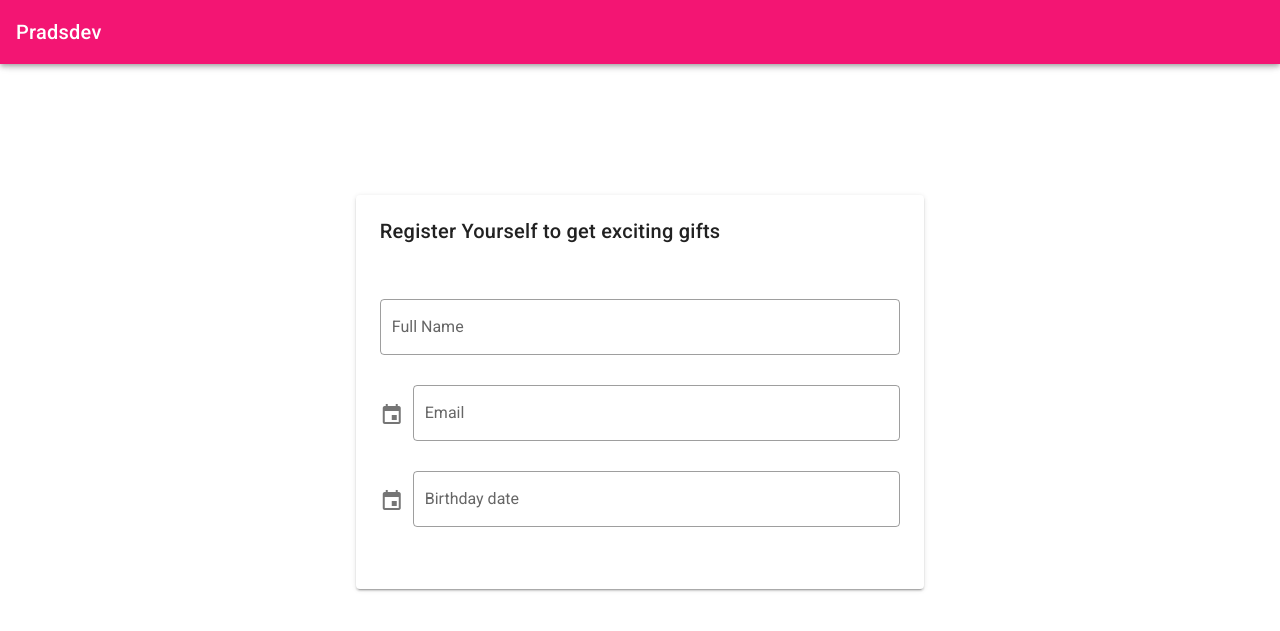
Repository: pradsdev/vue-form-validate
Page: /
The author's editor kept a copy of each file at every save. The page is drawn from the files as they stood at one save, then again after the next save.
The browser window is 1280 px wide. The pictures show the whole page.
The project was rebuilt for these pictures with package versions that can differ from the ones it lists, and the page was loaded fresh each time. Also part of the build but not shown: vue.config.js.

Above is the page before, as saved 2020-12-21 23:15:57.

### src/App.vue
<template>
  <v-app>
    <v-app-bar
      app
      color="primary"
      dark
    >
      <div class="d-flex align-center">
        <div class="title">
          Pradsdev
        </div>
      </div>
    </v-app-bar>

    <v-main>
      <HelloWorld/>
    </v-main>
  </v-app>
</template>

<script>
import HelloWorld from './components/HelloWorld'

export default {
  name: 'App',

  components: {
    HelloWorld
  },

  data: () => ({
    //
  })
}
</script>

### src/plugins/vuetify.js
import Vue from 'vue'
import Vuetify from 'vuetify/lib/framework'

Vue.use(Vuetify)

export default new Vuetify({
  theme: {
    options: {
      customProperties: true
    },
    themes: {
      light: {
        primary: '#f31573',
        secondary: '#424242',
        accent: '#82B1FF',
        error: '#FF5252',
        info: '#2196F3',
        success: '#4CAF50',
        warning: '#FFC107'
      }
    }
  }
})

### src/components/HelloWorld.vue
<template>
  <v-container fill-height>
    <v-row class="text-center justify-center">
      <v-col cols="6">
        <v-card>
          <v-card-title class="py-5 mx-2">
            Register Yourself to get exciting gifts
          </v-card-title>
          <v-form class="mx-6 py-8">
            <v-text-field outlined label="Full Name"/>
            <v-text-field outlined label="Email" prepend-icon="mdi-calendar"/>
            <v-menu
              ref="menu"
              v-model="menu"
              :close-on-content-click="false"
              transition="scale-transition"
              offset-y
              min-width="290px"
            >
              <template v-slot:activator="{ on, attrs }">
                <v-text-field
                  v-model="date"
                  label="Birthday date"
                  prepend-icon="mdi-calendar"
                  readonly
                  outlined
                  v-bind="attrs"
                  v-on="on"
                ></v-text-field>
              </template>
              <v-date-picker
                ref="picker"
                v-model="date"
                :max="new Date().toISOString().substr(0, 10)"
                min="1950-01-01"
                @change="save"
              ></v-date-picker>
            </v-menu>
          </v-form>
        </v-card>
      </v-col>
    </v-row>
  </v-container>
</template>

<script>
export default {
  name: 'HelloWorld',

  data: () => ({
    date: null,
    menu: false
  }),
  watch: {
    menu (val) {
      val && setTimeout(() => (this.$refs.picker.activePicker = 'YEAR'))
    }
  },
  methods: {
    save (date) {
      this.$refs.menu.save(date)
    }
  }
}
</script>

Loaded but not shown: public/index.html (common file); src/main.js (common file)

After the next save:
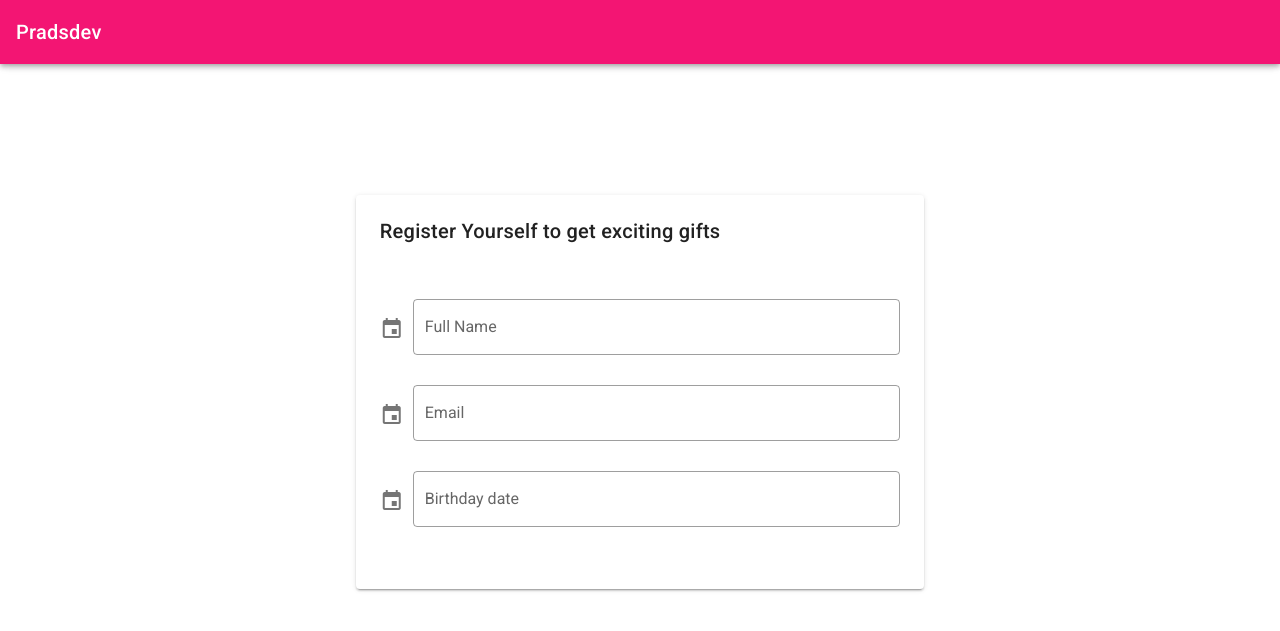
Saved 10 s later.
--- a/src/components/HelloWorld.vue
+++ b/src/components/HelloWorld.vue
@@ -7,7 +7,7 @@
             Register Yourself to get exciting gifts
           </v-card-title>
           <v-form class="mx-6 py-8">
-            <v-text-field outlined label="Full Name"/>
+            <v-text-field outlined label="Full Name" prepend-icon="mdi-calendar"/>
             <v-text-field outlined label="Email" prepend-icon="mdi-calendar"/>
             <v-menu
               ref="menu"
